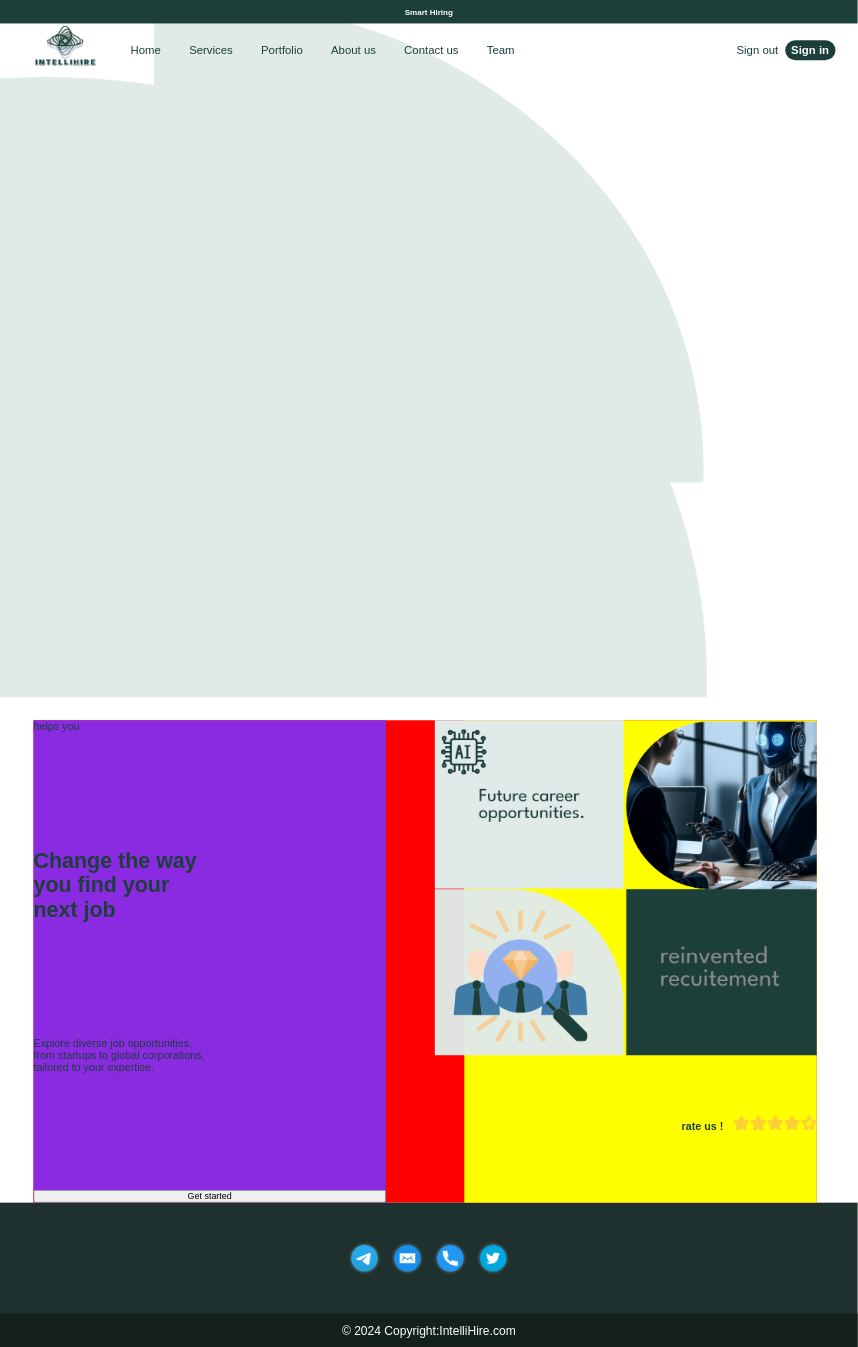
Repository: arijkl/Projet-PFA
Page: HomePage.html
An editor plug-in stored every save of this project. The page is shown before and after the next save, followed by the edit.
The browser window is 1280 px wide. The pictures show the whole page, at 67% of full size.

Above is the page before, as saved 2024-04-21 22:45:25.

### HomePage.html
<!DOCTYPE html>
<html lang="en">

<head>
    <meta charset="UTF-8" />
    <meta name="viewport" content="width=device-width, initial-scale=1.0" />
    <title>Document</title>
    <link rel="stylesheet" href="HomePage.css" />
</head>

<body>
    <nav class="beforeNav">
        <span>Smart Hiring</span>
    </nav>
    <nav class="navBar">
        <span class="Mainlogo"><img src="Assets/mainlogo.png" alt="" /></span>
        <ul>
            <li><a href="">Home</a></li>
            <li><a href="">Services</a></li>
            <li><a href="">Portfolio</a></li>
            <li><a href="">About us</a></li>
            <li><a href="">Contact us</a></li>
            <li><a href="">Team</a></li>
        </ul>
        <span class="signin-out">
            <a href="">Sign out</a>
            <a href="" class="sign-in">Sign in</a>
        </span>
    </nav>
    <img src="Assets/bg.png" alt="" class="bg-img">
    <div class="container">
        <div class="left-container">
            <span>helps you</span>

            <h1>
                Change the way <br />
                you find your <br />
                next job
            </h1>
            <p>
                Explore diverse job opportunities,<br />
                from startups to global corporations,<br />
                tailored to your expertise.
            </p>
            <button class="started-btn">Get started</button>
        </div>
        <div class="right-container">
            <img src="Assets/Home-right-image.png" alt="" class="imgRight" />
            <span>
                rate us !
                <img src="Assets/rate.png" alt="" class="rate-us" />
            </span>
        </div>
    </div>
    <footer>
        <div class="icons">
            <button>
                <img src="Assets/tlg.png" alt="" />
            </button>
            <button>
                <img src="Assets/gm.png" alt="" />
            </button>
            <button>
                <img src="Assets/tel.png" alt="" />
            </button>
            <button>
                <img src="Assets/tt.png" alt="" />
            </button>
        </div>

        <span>
            © 2024 Copyright:
            <a href="#home">IntelliHire.com</a>
        </span>
    </footer>
</body>

</html>

### HomePage.css
* {
    margin: 0px;
    padding: 0px;
    font-family: 'Montserrat', sans-serif;
}

@font-face {
    font-family: 'Montserrat';
    src: url('https://fonts.googleapis.com/css2?family=Montserrat&display=swap');
    /* You can also host the font files locally and provide the path accordingly */
}




body {
    font-family: 'Montserrat', sans-serif;
    background: white;
    color: #1C3F3A;
    height: 100vh;
    width: 100%;
    background-image: url(Assets/bg.png);
    background-size: contain;
    background-position: center;
    background-repeat: no-repeat;

/*                                   Hero section                              */
.beforeNav {
    background-color: #1C3F3A;
    height: 35px;
    color: white;
    display: flex;
    justify-content: space-around;
    align-items: center;
    font-weight: 550;
    font-size: 12px;

}
/*                                  navigation bar                              */
.Mainlogo {
    height: 100%;
    width: 15%;

}

.Mainlogo img {
    position: absolute;
    height: 100px;
    width: 150px;

}

.navBar {

    height: 80px;
    display: flex;
    justify-content: space-between;
    margin-left: 20px;
    margin-right: 20px;
    font-weight: 500;



}

.navBar ul {
    display: flex;
    justify-content: space-around;
    align-items: center;
    width: 60%;
    list-style: none;
    margin-right: 25%;
    font-size: 17px;

}

.navBar ul li a {
    text-decoration: none;
    color: #1C3F3A;



}

.signin-out {
    display: flex;
    align-items: center;
    margin-right: 7px;
    width: 15%;



}

.signin-out a {
    text-decoration: none;
    font-size: 17px;

}

.signin-out a:first-child {
    color: #1C3F3A;

}

.sign-in {
    display: flex;
    justify-content: center;
    align-items: center;
    width: 75px;
    height: 30px;
    font-weight: 550;
    margin-left: 10px;
    color: white;
    background-color: #1C3F3A;
    border-radius: 15px;



}
/*                                  main content                           */
.container{
    display: flex;
    justify-content: space-between;
    align-items:center;
    height: 100%;
    margin-left: 50px;
    margin-right: 61.5px;
    margin-top:30px;


    background-color:red;
}

.left-container{
    background-color:blueviolet;
    height: 100%;
    width:45%;
    display: flex;
    flex-direction: column;
    justify-content:space-between;



}
/*      right content           */
.right-container{
    background-color:yellow;
    height: 100%;
    width:45%;
    display: flex;
    flex-direction: column;
    justify-content:space-between;
    align-items:flex-end;
}
.imgRight{

    height:500px;
    width:570px;

}
.right-container span{
    display:flex;
    justify-content: space-around;
    align-items:flex-end;
    gap:15px;
    margin-bottom:20%;
    font-weight:bold;
}
/*      left content           */



/*                                  footer                                    */
footer{

    background-color:#1f312e;
    height:30%;
    color:white;
    display: flex;
    flex-direction: column;
    justify-content: flex-end;
    align-items:center;


}
.icons{
    display: flex;
    justify-content: space-around;
    align-items: center;
    height:100%;
    width:20%;
}
.icons button{
    background-color:#1f312e;;
    height:40px;
    width:40px;
    border:none;
    box-shadow: 0px 0px 5px 0px rgba(148, 142, 142, 0.797);
    border-radius:50%;
}
.icons button img{

   height:100%;
   width: auto;
}


footer span{
    background-color:#13201e;
    width:100%;
    height:30%;
    margin-top: 0%;
    display: flex;
    justify-content: center;
    align-items:center;
    font-size: large;
}
footer span a{
    color:white;
    text-decoration: none;
    text-align: center;
}

After the next save:
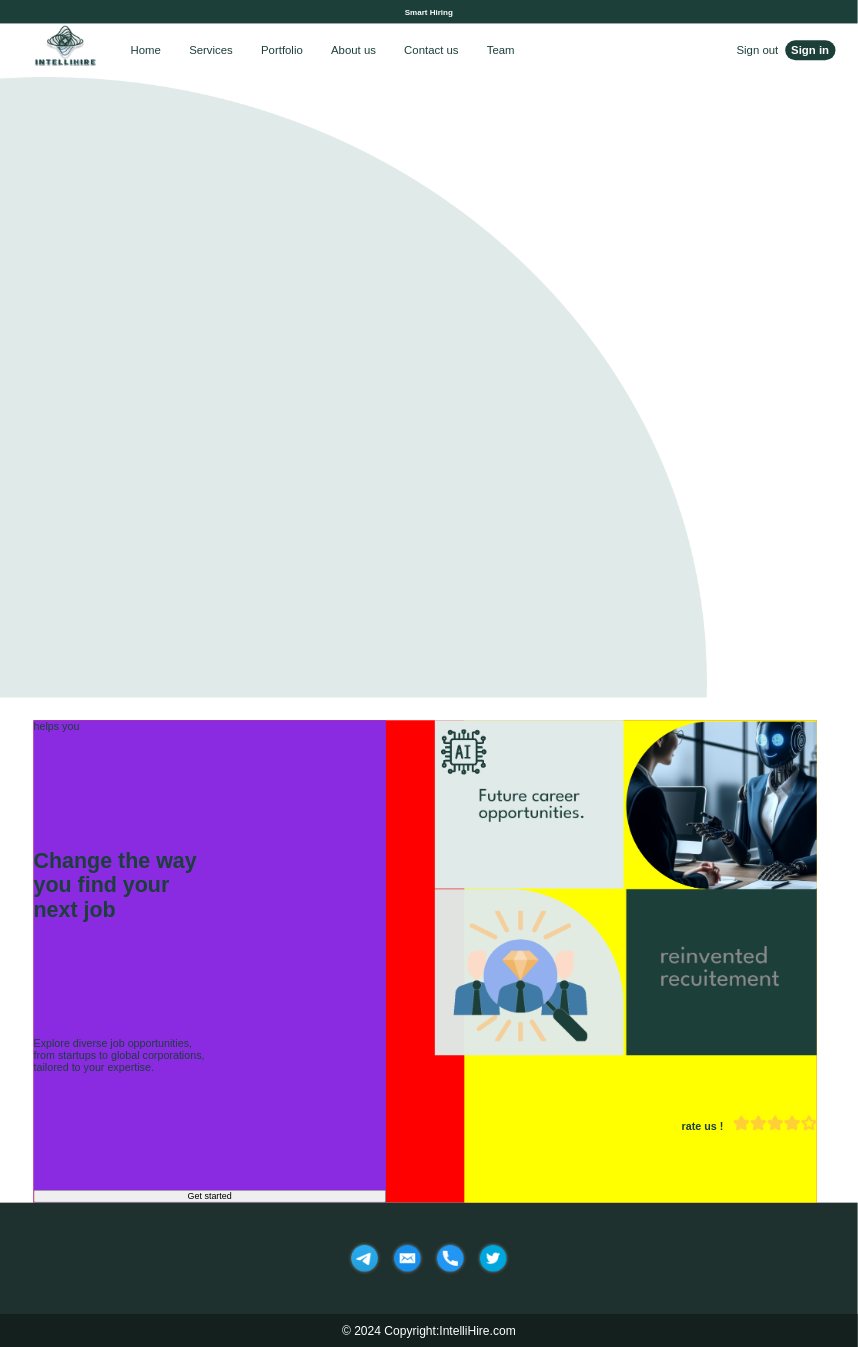
Saved 10 s later.
--- a/HomePage.css
+++ b/HomePage.css
@@ -19,10 +19,7 @@
     color: #1C3F3A;
     height: 100vh;
     width: 100%;
-    background-image: url(Assets/bg.png);
-    background-size: contain;
-    background-position: center;
-    background-repeat: no-repeat;
+
 
 /*                                   Hero section                              */
 .beforeNav {
